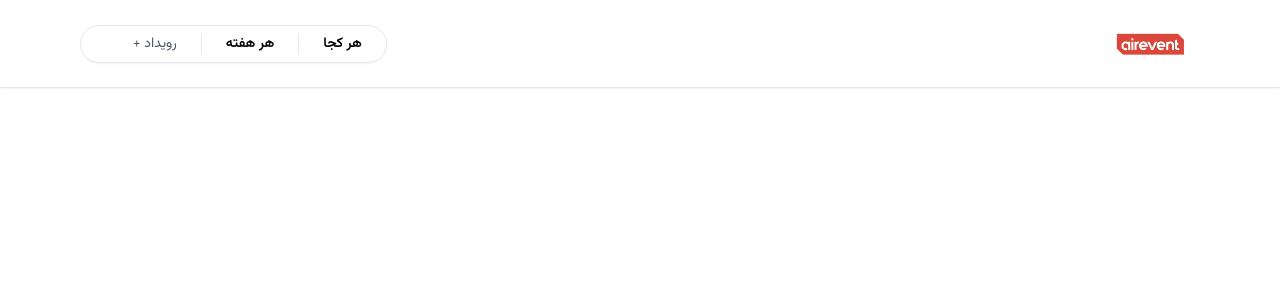
Repository: soroush-g/Eight
Page: /
The author's editor kept a copy of each file at every save. The page is drawn from the files as they stood at one save, then again after the next save.
The browser window is 1280 px wide. The pictures show the whole page.
The project was rebuilt for these pictures with package versions that can differ from the ones it lists, and the page was loaded fresh each time. The framework's server and built-in components were replaced by stand-ins that run in the browser. Also part of the build but not shown: next.config.mjs.

Above is the page before, as saved 2024-07-14 20:48:32.

After the next save:
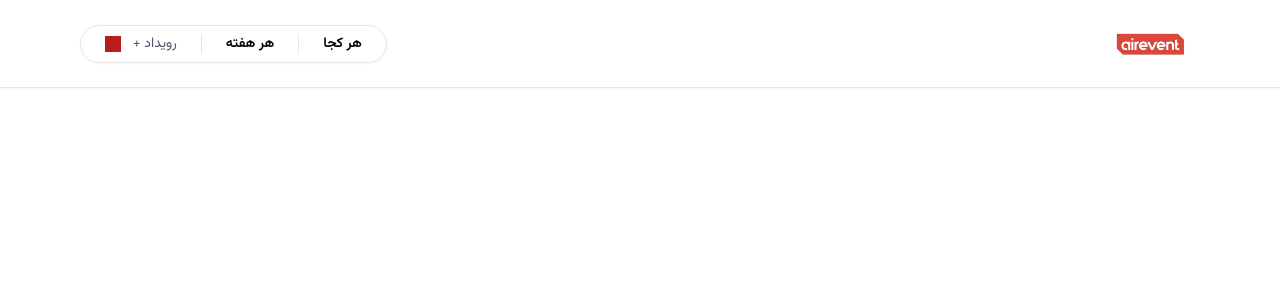
Saved 6 s later.
--- a/app/components/navbar/Search.tsx
+++ b/app/components/navbar/Search.tsx
@@ -16,7 +16,7 @@
                 <div className="hidden sm:block">
                   رویداد +
                 </div>
-                <div className='p-2 bg-red'>
+                <div className='p-2 bg-red-700'>
 
                 </div>
               </div>
